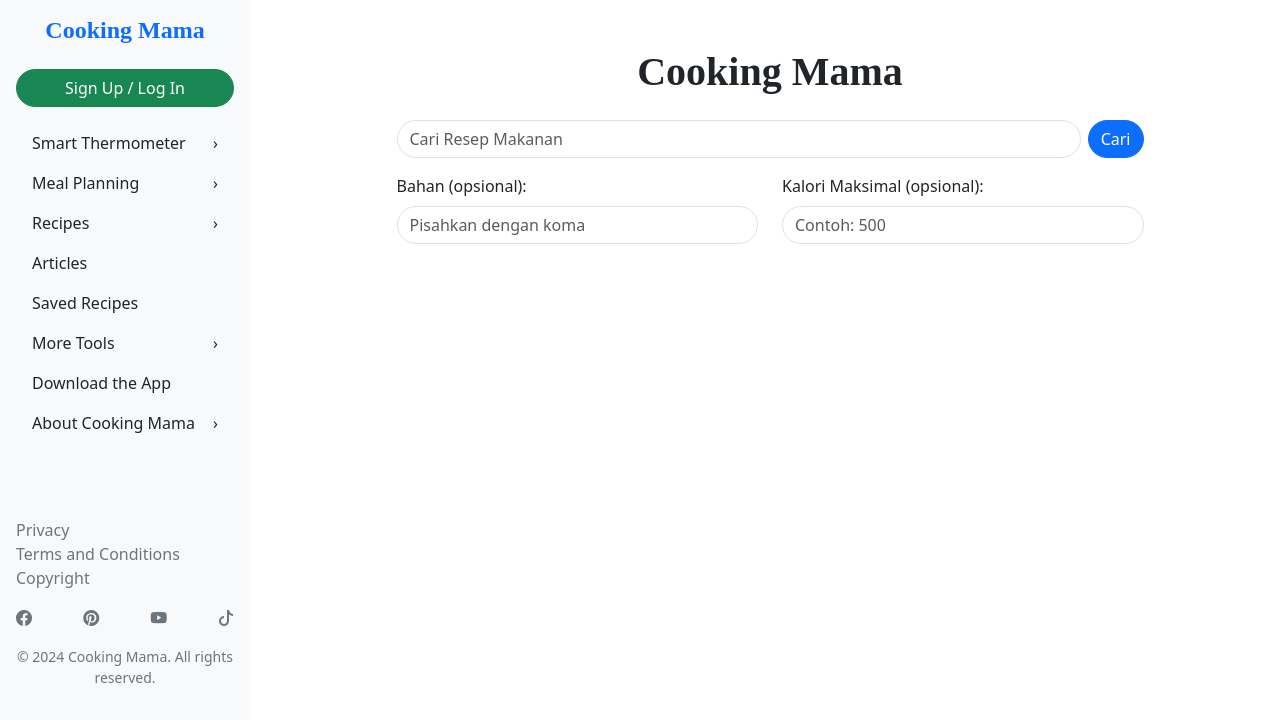
Repository: julius2510/UAS_Frontend_Kelompok10
Page: views/index.html
The author's editor kept a copy of each file at every save. The page is drawn from the files as they stood at one save, then again after the next save.
The browser window is 1280 px wide. The pictures show the whole page.

Above is the page before, as saved 2024-11-21 08:59:46.

### views/index.html
<!DOCTYPE html>
<html lang="en">
<head>
  <meta charset="UTF-8">
  <meta name="viewport" content="width=device-width, initial-scale=1.0">
  <title>Cooking Mama</title>
  <link href="https://cdn.jsdelivr.net/npm/bootstrap@5.3.0/dist/css/bootstrap.min.css" rel="stylesheet">
  <link href="https://cdn.jsdelivr.net/npm/bootstrap-icons/font/bootstrap-icons.css" rel="stylesheet">
</head>
<body>
  <div class="d-flex">
    <!-- Sidebar Navbar -->
    <nav class="bg-light p-3 d-flex flex-column justify-content-between" style="width: 250px; height: 100vh; position: fixed; top: 0; left: 0; overflow-y: auto;">
      <!-- Header -->
      <div>
        <h2 class="fs-4 fw-bold text-primary text-center" style="font-family: cursive;">Cooking Mama</h2>
        <a href="/views/login.html" style="text-decoration: none;">
        <button class="btn btn-success w-100 rounded-pill my-3">Sign Up / Log In</button>
      </a>
        <ul class="nav flex-column">
          <!-- Smart Thermometer -->
          <li class="nav-item">
            <a class="nav-link text-dark" data-bs-toggle="collapse" href="#collapseThermometer" role="button" aria-expanded="false" aria-controls="collapseThermometer">
              Smart Thermometer <span class="float-end">&rsaquo;</span>
            </a>
            <div class="collapse" id="collapseThermometer">
              <ul class="list-unstyled ps-3">
                <li><a href="#" class="nav-link text-secondary">Temperature Settings</a></li>
                <li><a href="#" class="nav-link text-secondary">Device Connectivity</a></li>
              </ul>
            </div>
          </li>
          <!-- Meal Planning -->
          <li class="nav-item">
            <a class="nav-link text-dark" data-bs-toggle="collapse" href="#collapseMealPlanning" role="button" aria-expanded="false" aria-controls="collapseMealPlanning">
              Meal Planning <span class="float-end">&rsaquo;</span>
            </a>
            <div class="collapse" id="collapseMealPlanning">
              <ul class="list-unstyled ps-3">
                <li><a href="#" class="nav-link text-secondary">Weekly Plan</a></li>
                <li><a href="#" class="nav-link text-secondary">Shopping List</a></li>
              </ul>
            </div>
          </li>
          <!-- Recipes -->
          <li class="nav-item">
            <a class="nav-link text-dark" data-bs-toggle="collapse" href="#collapseRecipes" role="button" aria-expanded="false" aria-controls="collapseRecipes">
              Recipes <span class="float-end">&rsaquo;</span>
            </a>
            <div class="collapse" id="collapseRecipes">
              <ul class="list-unstyled ps-3">
                <li><a href="#" class="nav-link text-secondary">Popular Recipes</a></li>
                <li><a href="#" class="nav-link text-secondary">Quick Recipes</a></li>
              </ul>
            </div>
          </li>
          <!-- Articles -->
          <li class="nav-item">
            <a href="#" class="nav-link text-dark">Articles <span class="float-end"></span></a>
          </li>
          <!-- Saved Recipes -->
          <li class="nav-item">
            <a href="#" class="nav-link text-dark">Saved Recipes <span class="float-end"></span></a>
          </li>
          <!-- More Tools -->
          <li class="nav-item">
            <a class="nav-link text-dark" data-bs-toggle="collapse" href="#collapseTools" role="button" aria-expanded="false" aria-controls="collapseTools">
              More Tools <span class="float-end">&rsaquo;</span>
            </a>
            <div class="collapse" id="collapseTools">
              <ul class="list-unstyled ps-3">
                <li><a href="#" class="nav-link text-secondary">Cooking Timer</a></li>
                <li><a href="#" class="nav-link text-secondary">Measurement Converter</a></li>
              </ul>
            </div>
          </li>
          <!-- Download the App -->
          <li class="nav-item">
            <a href="#" class="nav-link text-dark">Download the App <span class="float-end"></span></a>
          </li>

          <li class="nav-item">
            <a class="nav-link text-dark" data-bs-toggle="collapse" href="#collapseAbout" role="button" aria-expanded="false" aria-controls="collapseTools">
              About Cooking Mama <span class="float-end">&rsaquo;</span>
            </a>
            <div class="collapse" id="collapseAbout">
              <ul class="list-unstyled ps-3">
                <li><a href="about.html" class="nav-link text-secondary">About Us</a></li>
                <li><a href="contact.html" class="nav-link text-secondary">Contact Us</a></li>
                <li><a href="faq.html" class="nav-link text-secondary">FAQ</a></li>

              </ul>
            </div>
          </li>
        </ul>


      </div>

      <!-- Footer -->
      <div>

        <ul class="list-unstyled">
          <li><a href="#" class="nav-link text-secondary">Privacy</a></li>
          <li><a href="#" class="nav-link text-secondary">Terms and Conditions</a></li>
          <li><a href="#" class="nav-link text-secondary">Copyright</a></li>
        </ul>
        <div class="d-flex justify-content-between mt-3">
          <a href="#" class="text-secondary"><i class="bi bi-facebook"></i></a>
          <a href="#" class="text-secondary"><i class="bi bi-pinterest"></i></a>
          <a href="#" class="text-secondary"><i class="bi bi-youtube"></i></a>
          <a href="#" class="text-secondary"><i class="bi bi-tiktok"></i></a>
        </div>
        <p class="text-secondary mt-3 text-center small">© 2024 Cooking Mama. All rights reserved.</p>
      </div>
    </nav>

<!-- Main Content -->
<div class="container mt-5" style="margin-left: 260px;">
  <h1 class="text-center mb-4 fs-1 fw-bold" style="font-family: cursive;">Cooking Mama</h1>
  <div class="d-flex justify-content-center">
    <form id="searchForm" class="d-flex flex-column w-75">
      <div class="input-group mb-3">
        <input type="text" id="query" class="form-control me-2 rounded-pill" placeholder="Cari Resep Makanan">
        <button type="submit" class="btn btn-primary rounded-pill">Cari</button>
      </div>
      <!-- Filter options -->
      <div class="row mb-3">
        <div class="col-md-6">
          <label for="ingredients" class="form-label">Bahan (opsional):</label>
          <input type="text" id="ingredients" class="form-control rounded-pill" placeholder="Pisahkan dengan koma">
        </div>
        <div class="col-md-6">
          <label for="maxCalories" class="form-label">Kalori Maksimal (opsional):</label>
          <input type="number" id="maxCalories" class="form-control rounded-pill" placeholder="Contoh: 500">
        </div>
      </div>
    </form>
  </div>
  <div id="results" class="row g-4 mt-4"></div>
  <div id="recipeDetails" class="mt-5"></div>
</div>



  <script src="/scripts/script.js"></script>
  <script src="https://cdn.jsdelivr.net/npm/bootstrap@5.3.0/dist/js/bootstrap.bundle.min.js"></script>
  <script src="https://cdn.jsdelivr.net/npm/bootstrap-icons/font/bootstrap-icons.js"></script>
</body>
</html>

### scripts/script.js
const apiKey = 'c30bb4e46d6d4ec082eb3f1c8cf1c071';
const searchForm = document.getElementById('searchForm');
const resultsDiv = document.getElementById('results');
const recipeDetailsDiv = document.getElementById('recipeDetails');

// Fungsi untuk mendapatkan data resep
async function getRecipes(query, ingredients = '', maxCalories = '') {
  // Buat URL dengan parameter dinamis
  let apiUrl = `https://api.spoonacular.com/recipes/complexSearch?apiKey=${apiKey}`;
  if (query) apiUrl += `&query=${query}`;
  if (ingredients) apiUrl += `&includeIngredients=${ingredients}`;
  if (maxCalories) apiUrl += `&maxCalories=${maxCalories}`;

  try {
    const response = await fetch(apiUrl);
    const data = await response.json();
    return data.results;
  } catch (error) {
    console.error('Error fetching recipes:', error);
    resultsDiv.innerHTML = `<p class="text-danger text-center">Terjadi kesalahan saat mengambil data.</p>`;
  }
}

// Fungsi untuk menampilkan data resep
function displayRecipes(recipes) {
  resultsDiv.innerHTML = '';
  recipeDetailsDiv.innerHTML = ''; // Bersihkan detail sebelumnya
  if (!recipes || recipes.length === 0) {
    resultsDiv.innerHTML = '<p class="text-center">Tidak ada resep ditemukan.</p>';
    return;
  }

  recipes.forEach(recipe => {
    const recipeCard = `
      <div class="col-md-4">
        <div class="card shadow-lg">
          <img src="${recipe.image}" class="card-img-top" alt="${recipe.title}">
          <div class="card-body">
            <h5 class="card-title fw-bold">${recipe.title}</h5>
            <button class="btn btn-info rounded-pill" onclick="showRecipeDetails(${recipe.id})">Lihat Detail</button>
          </div>
        </div>
      </div>
    `;
    resultsDiv.innerHTML += recipeCard;
  });
}

// Fungsi untuk mendapatkan detail resep
async function getRecipeDetails(recipeId) {
  const apiUrl = `https://api.spoonacular.com/recipes/${recipeId}/information?apiKey=${apiKey}`;
  try {
    const response = await fetch(apiUrl);
    const data = await response.json();
    return data;
  } catch (error) {
    console.error('Error fetching recipe details:', error);
    recipeDetailsDiv.innerHTML = `<p class="text-danger text-center">Terjadi kesalahan saat mengambil detail resep.</p>`;
  }
}

// Fungsi untuk menampilkan detail resep
async function showRecipeDetails(recipeId) {
  const recipe = await getRecipeDetails(recipeId);
  recipeDetailsDiv.innerHTML = `
    <div class="card shadow-lg">
      <div class="card-header bg-primary text-white">
        <h2>${recipe.title}</h2>
      </div>
      <div class="card-body">
        <img src="${recipe.image}" class="img-fluid mb-3 rounded" alt="${recipe.title}">
        <h5 class="fw-bold">Bahan-Bahan:</h5>
        <ul>
          ${recipe.extendedIngredients.map(ing => `<li>${ing.original}</li>`).join('')}
        </ul>
        <h5 class="fw-bold">Langkah-Langkah:</h5>
        <ol>
          ${recipe.analyzedInstructions.length > 0
            ? recipe.analyzedInstructions[0].steps.map(step => `<li>${step.step}</li>`).join('')
            : '<li>Tidak ada langkah tersedia.</li>'}
        </ol>
        <button class="btn btn-secondary mt-3" onclick="recipeDetailsDiv.innerHTML=''">Tutup</button>
      </div>
    </div>
  `;
}

// Event listener untuk form pencarian resep
searchForm.addEventListener('submit', async (e) => {
  e.preventDefault();
  const query = document.getElementById('query').value; // Nama resep
  const ingredients = document.getElementById('ingredients').value; // Filter bahan
  const maxCalories = document.getElementById('maxCalories').value; // Filter kalori

  const recipes = await getRecipes(query, ingredients, maxCalories);
  displayRecipes(recipes);
});

After the next save:
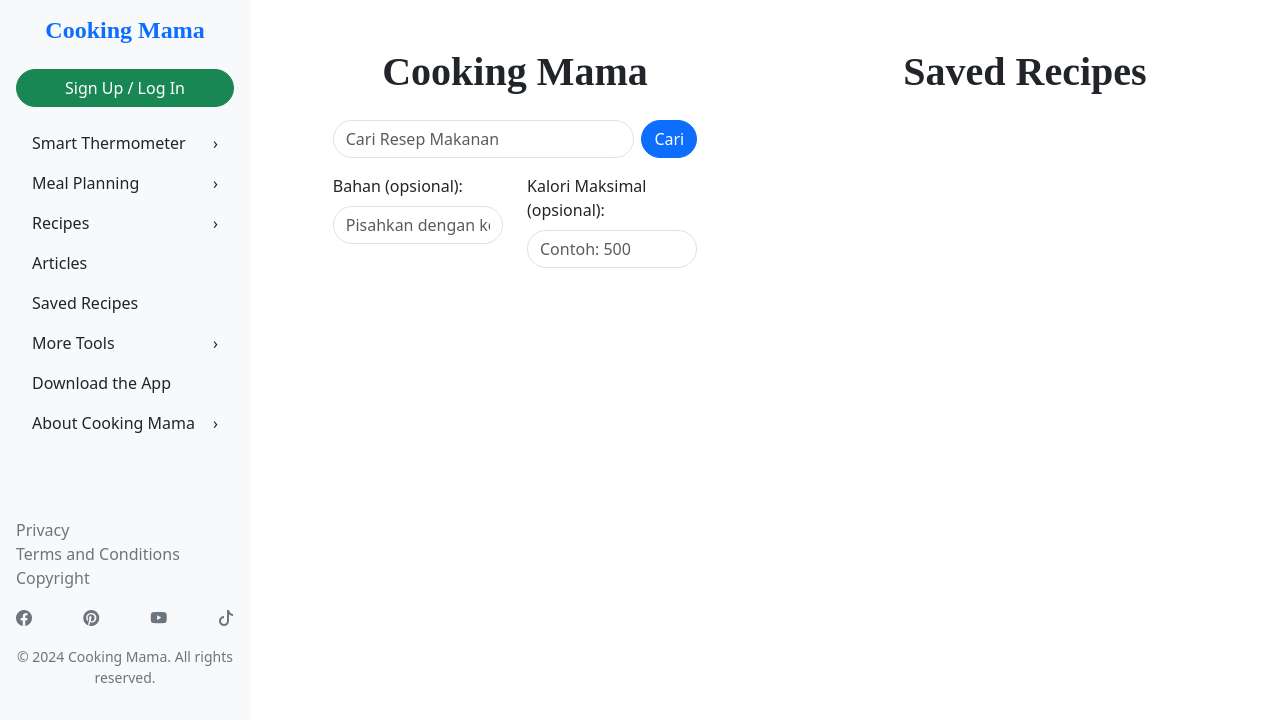
Saved 9 min 30 s later.
--- a/views/index.html
+++ b/views/index.html
@@ -141,6 +141,12 @@
   <div id="recipeDetails" class="mt-5"></div>
 </div>
 
+  <!-- Saved Recipes Section -->
+  <div class="container mt-5" id="savedRecipesContainer">
+    <h2 class="text-center mb-4 fs-1 fw-bold" style="font-family: cursive;">Saved Recipes</h2>
+    <div id="savedRecipes" class="row g-4"></div>
+  </div>
+
 
 
   <script src="/scripts/script.js"></script>

After the save that followed:
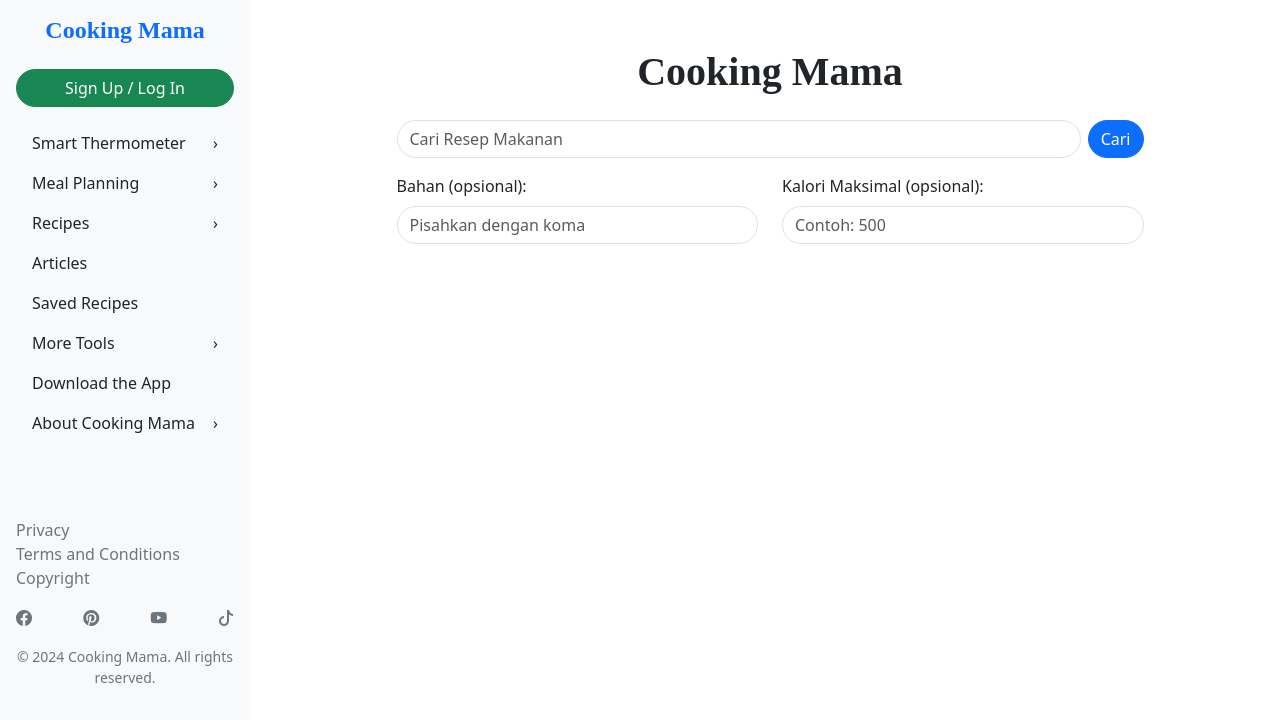
Saved 26 s later.
--- a/views/index.html
+++ b/views/index.html
@@ -141,11 +141,7 @@
   <div id="recipeDetails" class="mt-5"></div>
 </div>
 
-  <!-- Saved Recipes Section -->
-  <div class="container mt-5" id="savedRecipesContainer">
-    <h2 class="text-center mb-4 fs-1 fw-bold" style="font-family: cursive;">Saved Recipes</h2>
-    <div id="savedRecipes" class="row g-4"></div>
-  </div>
+
 
 
 
